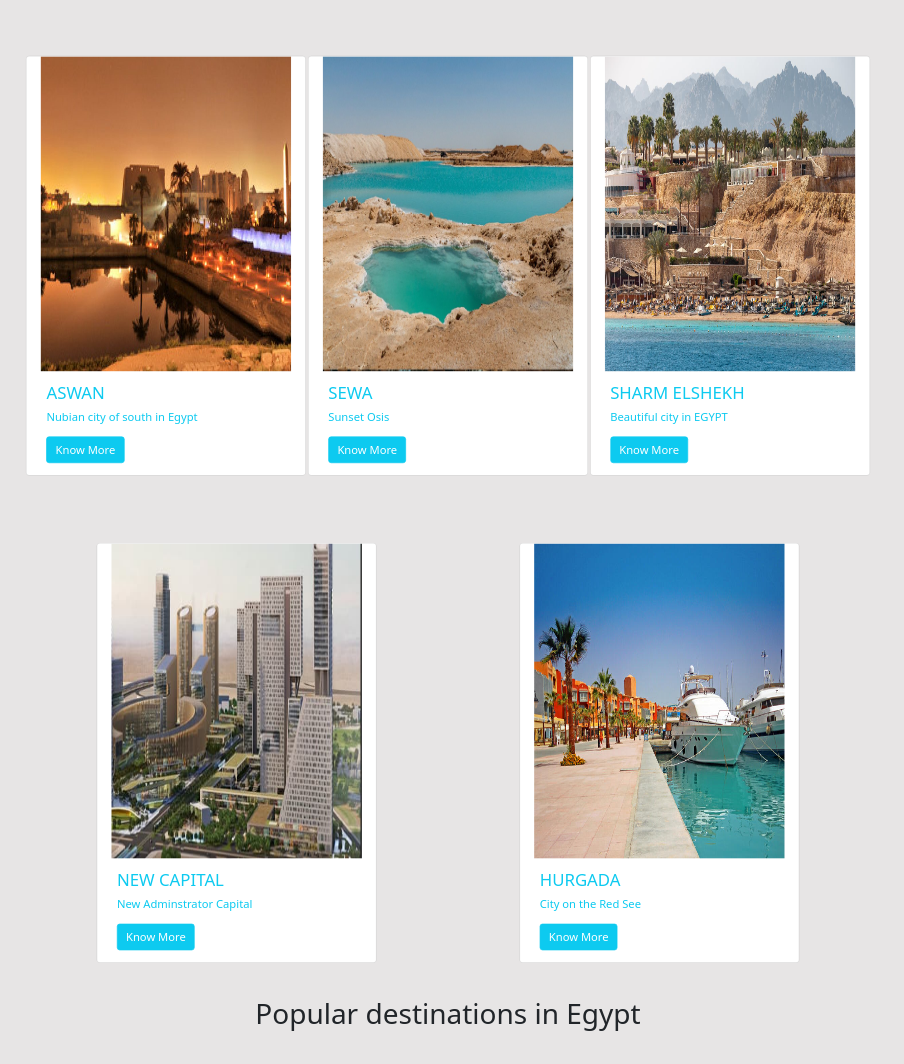
Repository: Ahmed123rezk123/P-temp
Page: index.html
An editor plug-in stored every save of this project. The page is shown before and after the next save, followed by the edit.
The browser window is 1280 px wide. The page is 1292 px wide, so the pictures cover 1292 px, including what lies to the right of the window. The pictures show the part of the page from y = 4261 to 6141 px (the page is 5781 px tall before and 6141 px after), at 70% of full size.
Backgrounds fixed to the window are drawn as part of the page.

Above is the page before, as saved 2024-02-18 11:50:44.

After the next save:
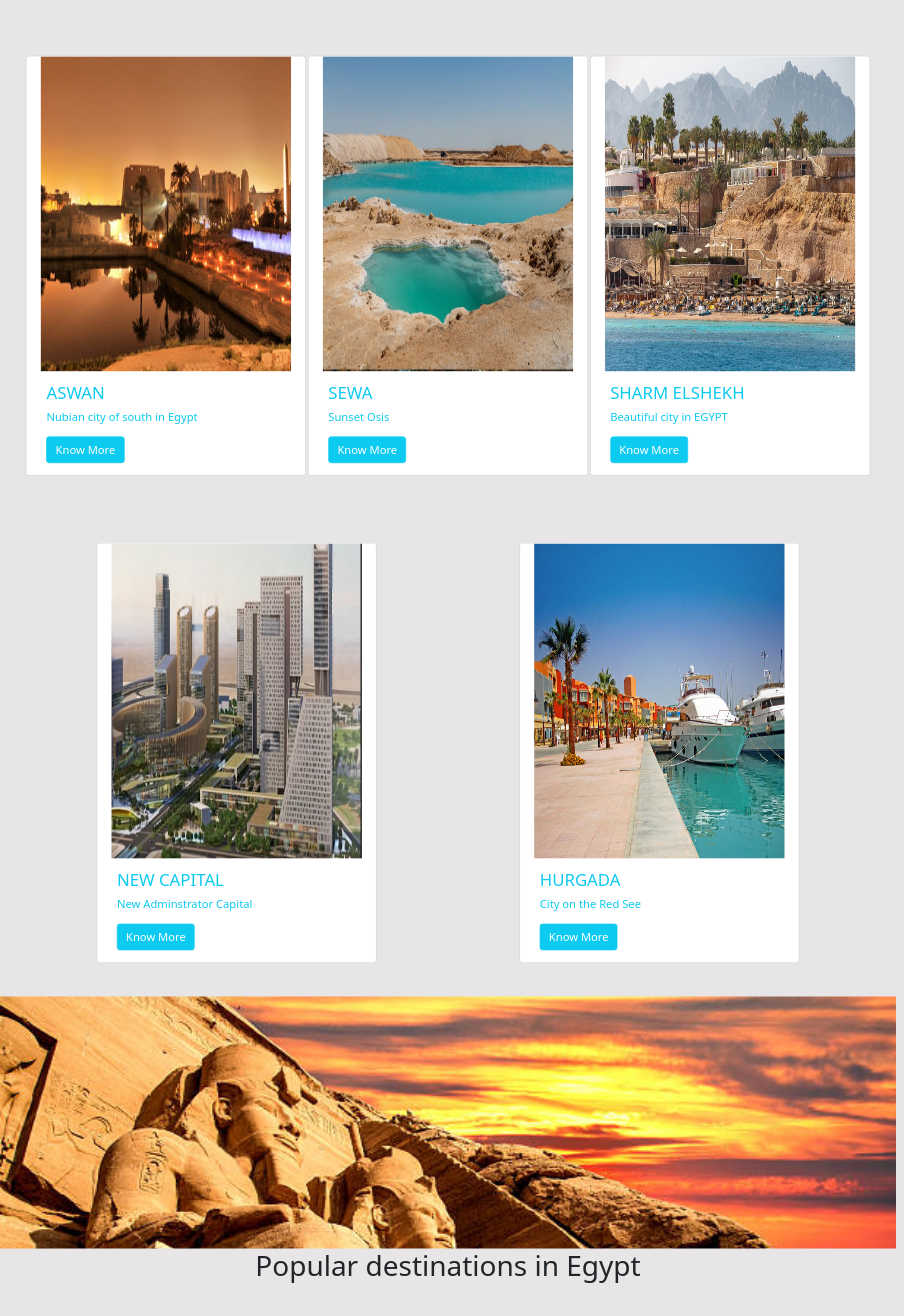
Saved 4 s later.
--- a/CSS/style.css
+++ b/CSS/style.css
@@ -304,7 +304,7 @@ background: -webkit-linear-gradient( #b387ff , rgb(57, 31, 255));
 /* End section 13 */
 
 /* Start Section 14 */
-.section11 {
+.section14 {
   width: 100%;
   height: 50vh;
   background-image: url(../images/simple.jpg);
